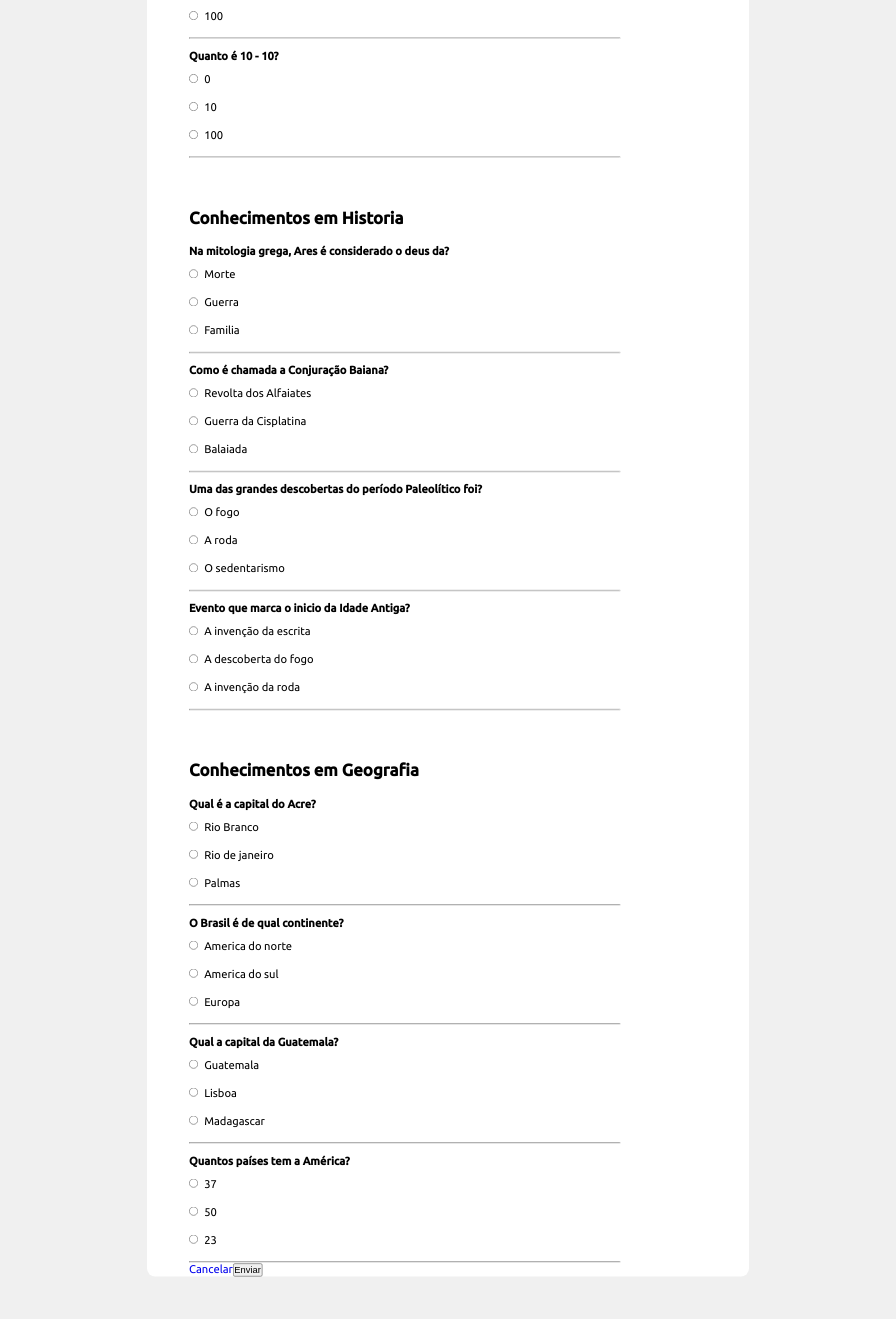
Repository: Delei09/desafioPerguntas
Page: / (app in frontend/)
An editor plug-in stored every save of this project. The page is shown before and after a run of saves, followed by the edit.
The browser window is 1280 px wide. The pictures show the part of the page from y = 714 to 2634 px (the page is 2598 px tall before and 2634 px after), at 70% of full size.
The project was rebuilt for these pictures with package versions that can differ from the ones it lists, and the page was loaded fresh each time.

Above is the page before, as saved 2021-08-18 14:55:57.

### frontend/public/index.html
<!DOCTYPE html>
<html lang="Pt-Br">
  <head>
    <meta charset="utf-8" />
    <meta name="viewport" content="width=device-width, initial-scale=1" />
    <meta name="theme-color" content="#000000" />
    <link rel="preconnect" href="https://fonts.googleapis.com">
    <link rel="preconnect" href="https://fonts.gstatic.com" crossorigin>
    <link href="https://fonts.googleapis.com/css2?family=Ubuntu:wght@400;500&display=swap" rel="stylesheet">

    <title>Desafio Inatel</title>
  </head>
  <body>
    <noscript>You need to enable JavaScript to run this app.</noscript>
    <div id="root"></div>
  </body>
</html>

### frontend/src/index.tsx
import React from 'react';
import ReactDOM from 'react-dom';
import App from './App';
import './styles/global.scss'

ReactDOM.render(
  <React.StrictMode>
    <App />
  </React.StrictMode>,
  document.getElementById('root')
);

### frontend/src/App.tsx
import React, { createContext} from 'react';
import Rotas from './Rotas';

const perguntasMatematica= [  {
  pergunta: 'Quanto é 2 + 2?',
  options: [
    "1",
    "2",
    "4",
  ],
  resposta: "4",
  id: 'p1',
},{
  pergunta: 'Quanto é 2 x 2?',
  options: [
    "0",
    "1",
    "4",
  ],
  resposta: "4",
  id: 'p2',
},{
  pergunta: 'Quanto é 10 x 10?',
  options: [
    "0",
    "10",
    "100",
  ],
  resposta: "100",
  id: 'p3',
},{
  pergunta: 'Quanto é 10 - 10?',
  options: [
    "0",
    "10",
    "100",
  ],
  resposta: "0",
  id: 'p4',
}]

const perguntasHistoria= [  {
  pergunta: 'Na mitologia grega, Ares é considerado o deus da?',
  options: [
    "Morte",
    "Guerra",
    "Familia",
  ],
  resposta: "Guerra",
  id: 'p1',
},{
  pergunta: 'Como é chamada a Conjuração Baiana?',
  options: [
    "Revolta dos Alfaiates",
    "Guerra da Cisplatina",
    "Balaiada",
  ],
  resposta: "Revolta dos Alfaiates",
  id: 'p2',
},{
  pergunta: 'Uma das grandes descobertas do período Paleolítico foi?',
  options: [
    "O fogo",
    "A roda",
    "O sedentarismo",
  ],
  resposta: "O fogo",
  id: 'p3',
},{
  pergunta: 'Evento que marca o inicio da Idade Antiga?',
  options: [
    "A invenção da escrita",
    "A descoberta do fogo",
    "A invenção da roda",
  ],
  resposta: "A invenção da escrita",
  id: 'p4',
}]


const perguntasGeografia= [  {
  pergunta: 'Qual é a capital do Acre?',
  options: [
    "Rio Branco",
    "Rio de janeiro",
    "Palmas",
  ],
  resposta: "Rio Branco",
  id: 'p1',
},{
  pergunta: 'O Brasil é de qual continente?',
  options: [
    "America do norte",
    "America do sul",
    "Europa",
  ],
  resposta: "America do sul",
  id: 'p2',
},{
  pergunta: 'Qual a capital da Guatemala?',
  options: [
    "Guatemala",
    "Lisboa",
    "Madagascar",
  ],
  resposta: "Guatemala",
  id: 'p3',
},{
  pergunta: 'Quantos países tem a América?',
  options: [
    "37",
    "50",
    "23",
  ],
  resposta: "37",
  id: 'p4',
}]
type perguntaType =  {
  pergunta: string;
  options: string[];
  resposta: string;
  id: string;
}[]

type contextType = {
  perguntasHistoria : perguntaType,
  perguntasMatematica : perguntaType,
  perguntasGeografia : perguntaType,
}

export const ContextPerguntas   = createContext<contextType>( {} as contextType)

function App() {

  return (
    <div className="App">
      <ContextPerguntas.Provider  value = { {perguntasMatematica, perguntasHistoria, perguntasGeografia} }  >
        <Rotas />
      </ContextPerguntas.Provider>
    </div>
  );
}

export default App;

### frontend/src/styles/global.scss
*{
 margin:0;
 padding:0;
 box-sizing: border-box;
 text-decoration: none;
}
body{
 font-family: 'Ubuntu', sans-serif;
 background: #F0F0F0;

}
.App{
 padding-left: 60px ;
 padding-top: 40px;
 background: #FFFFFF;
 max-width: 860px;
 height: 100%;
 min-height: 500px;
 border-radius: 12px;
 margin:60px auto;
}

### frontend/src/Rotas.tsx
import React from 'react';
import Home from './page/Home';


const Rotas = () => {

 return(
  <Home />
 )
} ;

export default Rotas;

### frontend/src/page/Home.tsx
import React , {useContext}from 'react';
import Header from '../components/Header'
import ContainerMain  from '../components/ContainerMain';
import {ContextPerguntas} from '../App'

const Home : React.FC= () => {

const {perguntasMatematica, perguntasHistoria, perguntasGeografia} = useContext(ContextPerguntas)

 return(
<>
   <Header titulo = 'Gabarito: Teste de Conhecimentos' />
   <ContainerMain titulo = 'Conhecimentos em Matemática'>

      {perguntasMatematica.map(questao => {
      return(
         <div key={questao.id}>
         <h4>{questao.pergunta}</h4>
         <div className = 'mainOpcao'>
         {questao.options.map( (option, i) => {
            return(
               <label key = {i}>  <input type="radio" name={questao.id} value= {option} /> {option}  </label>
            )
         })}
         </div>
         <hr/>
         </div>
      )
      })}
   </ContainerMain>
   <ContainerMain titulo = 'Conhecimentos em Historia'>

{perguntasHistoria.map(questao => {
      return(
         <div key={questao.id}>
         <h4>{questao.pergunta}</h4>
         <div className = 'mainOpcao'>
         {questao.options.map( (option, i) => {
            return(
               <label key = {i}>  <input type="radio" name={questao.id} value= {option} /> {option}  </label>
            )
         })}
         </div>
         <hr/>
         </div>
      )
      })}
   </ContainerMain>
   <ContainerMain titulo = 'Conhecimentos em Geografia'>

{perguntasGeografia.map(questao => {
      return(
         <div key={questao.id}>
         <h4>{questao.pergunta}</h4>
         <div className = 'mainOpcao'>
         {questao.options.map( (option, i) => {
            return(
               <label key = {i}>  <input type="radio" name={questao.id} value= {option} /> {option}  </label>
            )
         })}
         </div>
         <hr/>
         </div>
      )
      })}
   </ContainerMain>
   <div>
      <a href = '#' >Cancelar</a>
      <button>Enviar</button>
   </div>
   </>
 )
}

export default Home

### frontend/src/components/Header.tsx
import React from 'react';
import '../styles/header.scss'


type headerType = {
 titulo: string;
}


const Header = (props : headerType) => {

 return(
  <header className="headerApp">
   {props.titulo}
   <hr className="headerLinha"/>
  </header>
 )
} ;

export default Header

### frontend/src/components/ContainerMain.tsx
import React from 'react';
import '../styles/containerMain.scss'

type mainType = {
 titulo : string
}


const Main: React.FC<mainType> = ({...props}) => {

 return(
  <section>
       <h2>{props.titulo}</h2>
       <div>
          {props.children}
       </div>

  </section>
 )
} ;

export  default Main;

### frontend/src/styles/header.scss
.headerApp{
 color: #1B50B6;
 font-size: 32px;
 font-style: normal;
 font-weight: 500;
 line-height: 37px;
 letter-spacing: 0em;
 text-align: left;
 width:100%;
 max-width: 618px;

 hr{
  margin-top:10px ;
  background: #1B50B6;
  height: 4px;
  width: 618px;
 }
}

### frontend/src/styles/containerMain.scss
section{
 display : flex;
 flex-direction: column;
 gap : 24px;

  >div{
   display : flex;
   flex-direction: column;
   gap : 15px;
   h4{
    margin-bottom: 15px;
   }
  }

 hr{
  background: #C4C4C4;
  height: 1px;
  max-width: 616px;
  margin-top: 22px;
 }
 h2{
  margin-top:72px
 }

}

.mainOpcao{
 display : flex;
 flex-direction: column;
 gap : 22px;
 input{
  margin-right: 5px;
 }
}

After the next 3 saves:
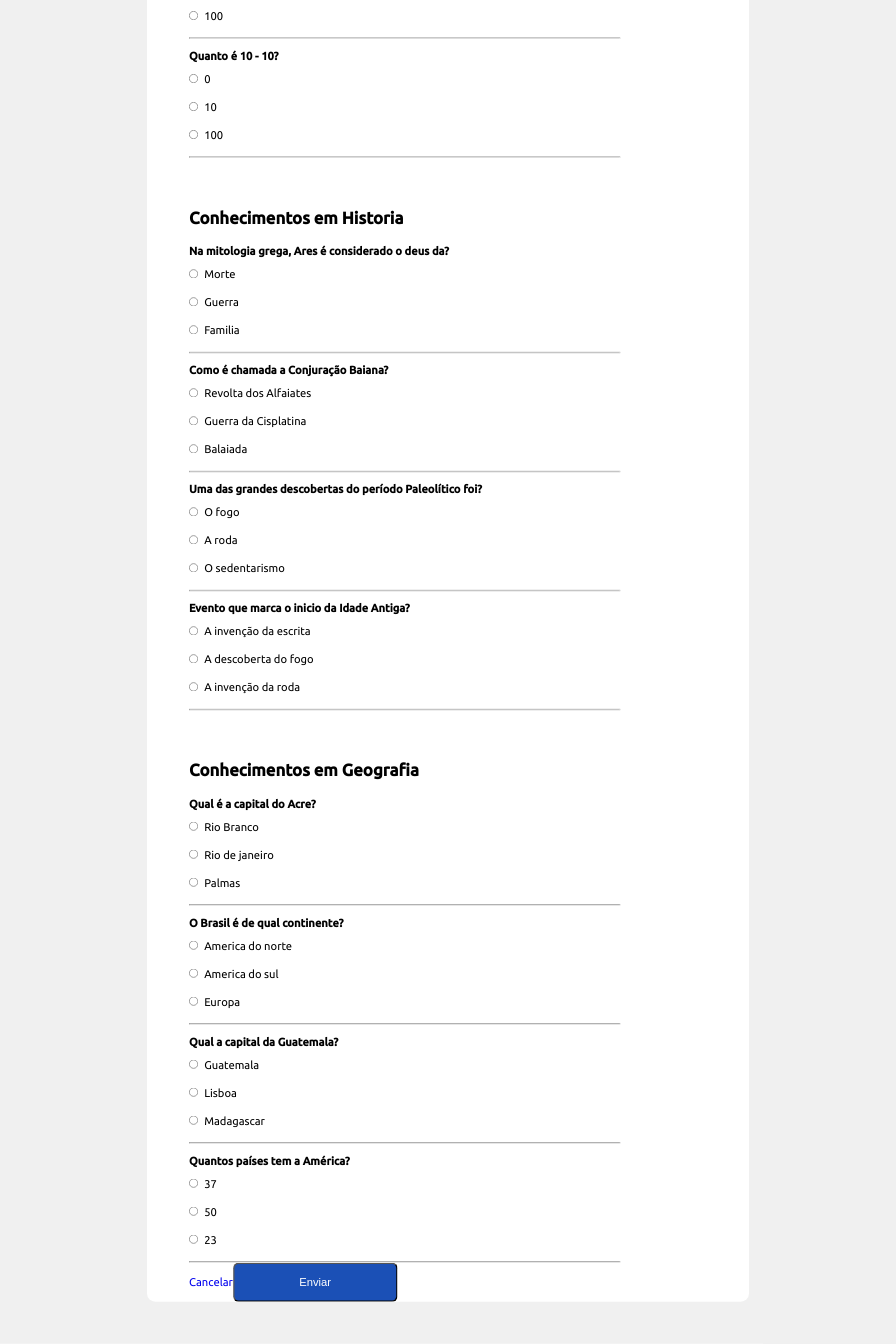
The 3 saves are shown as one change because 2 did not build or start.
The last was saved 109 s later.
--- a/frontend/src/styles/global.scss
+++ b/frontend/src/styles/global.scss
@@ -19,3 +19,15 @@ body{
  border-radius: 12px;
  margin:60px auto;
 }
+button{
+ height: 56px;
+width: 235px;
+border-radius: 8px;
+background: #1B50B6;
+color : white;
+font-size: 16px;
+font-style: normal;
+font-weight: 500;
+line-height: 18px;
+
+}

After the 2 saves that followed:
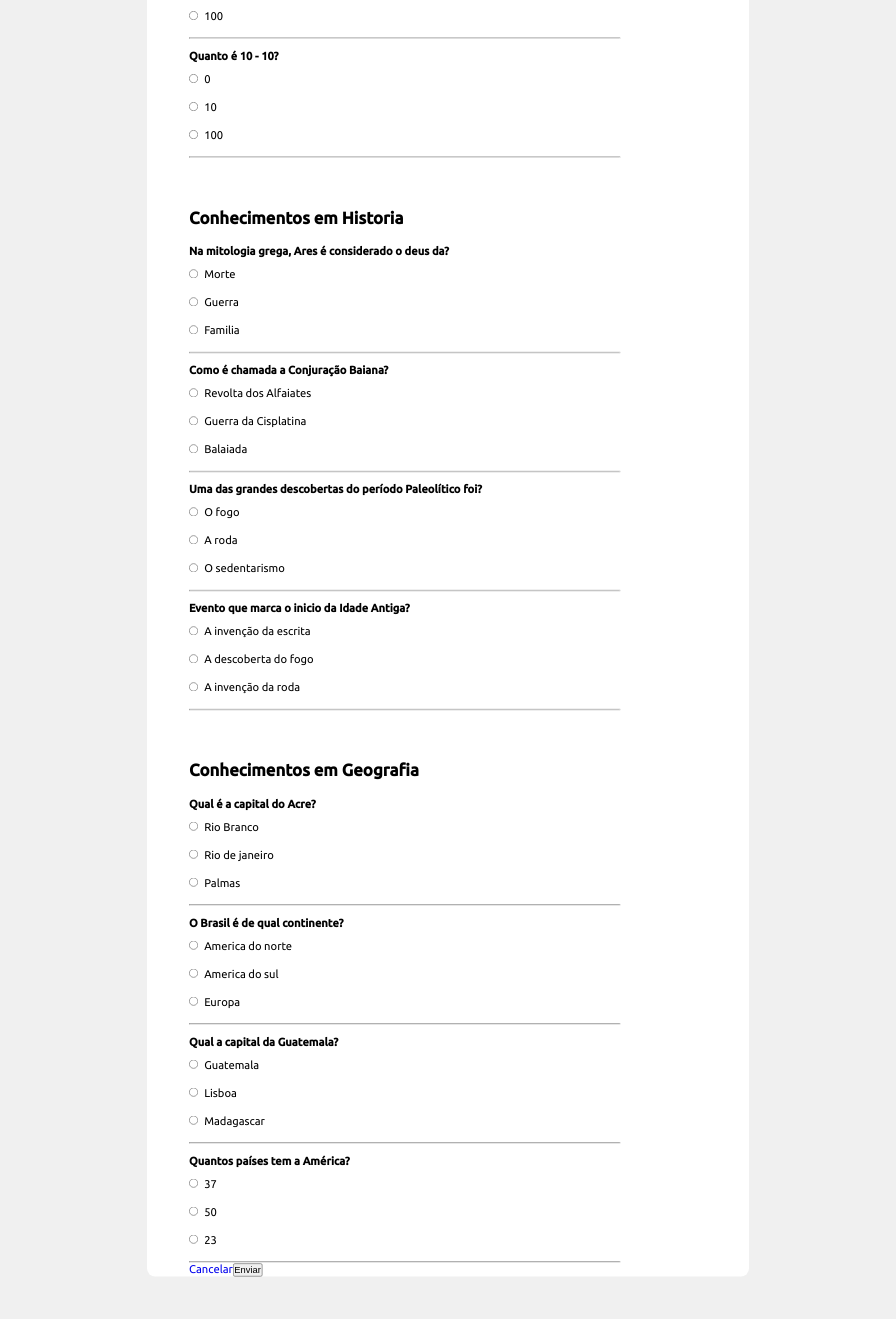
The 2 saves are shown as one change because 1 left the picture as it was.
The last was saved 52 s later.
--- a/frontend/src/styles/global.scss
+++ b/frontend/src/styles/global.scss
@@ -19,15 +19,3 @@ body{
  border-radius: 12px;
  margin:60px auto;
 }
-button{
- height: 56px;
-width: 235px;
-border-radius: 8px;
-background: #1B50B6;
-color : white;
-font-size: 16px;
-font-style: normal;
-font-weight: 500;
-line-height: 18px;
-
-}
